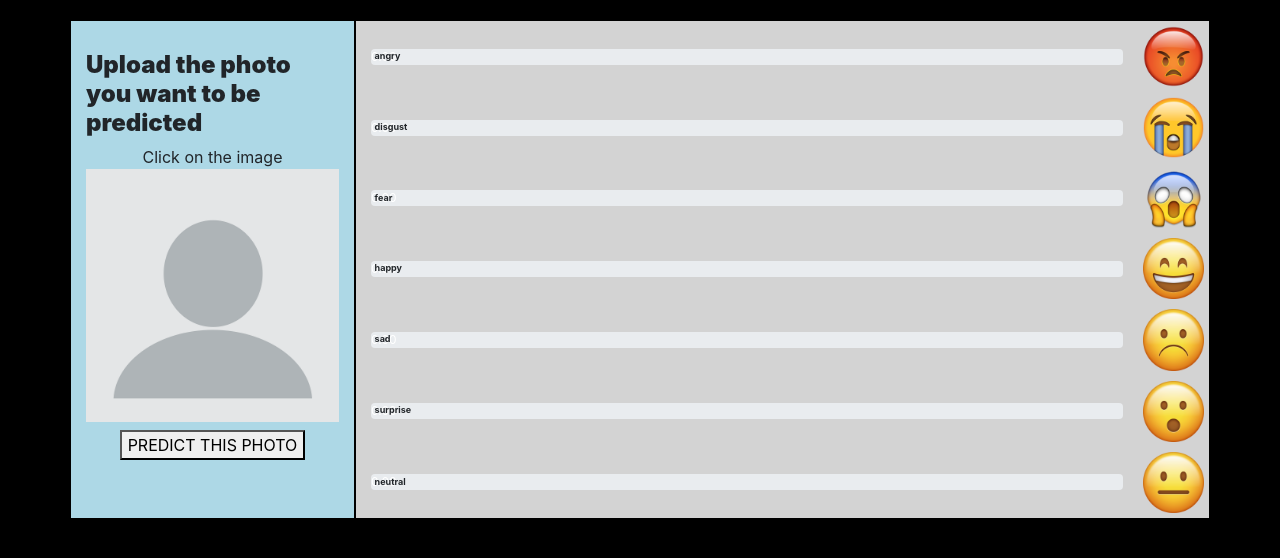
Repository: Jermaniac/TrabajoFinGradoGerman
Page: / (app in webprojectREACT/webexpresssionproject/)
An editor plug-in stored every save of this project. The page is shown before and after the next save, followed by the edit.
The browser window is 1280 px wide. The pictures show the whole page.
The project was rebuilt for these pictures with package versions that can differ from the ones it lists, and the page was loaded fresh each time.

Above is the page before, as saved 2021-05-05 13:20:11.

After the next save:
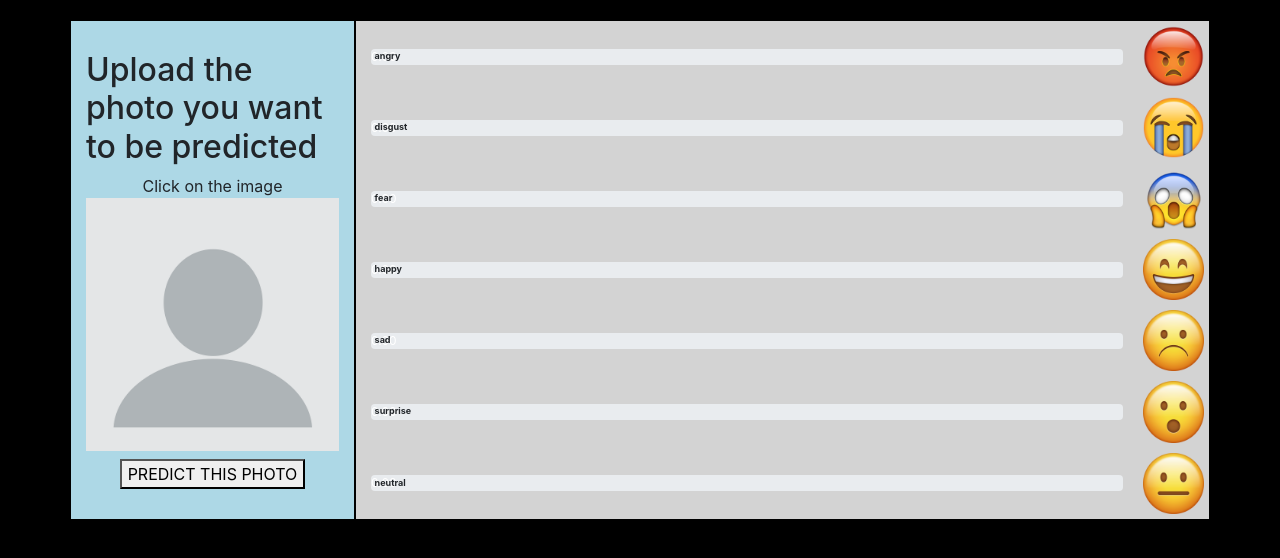
Saved 8 s later.
--- a/webprojectREACT/webexpresssionproject/src/styles/FormComponent.css
+++ b/webprojectREACT/webexpresssionproject/src/styles/FormComponent.css
@@ -13,7 +13,7 @@
     justify-content: center;
 }
 
-#form > .row > h2,h3{
+#form > .row > .div{
     font-weight: 900;
     font-size: x-large;
 }
